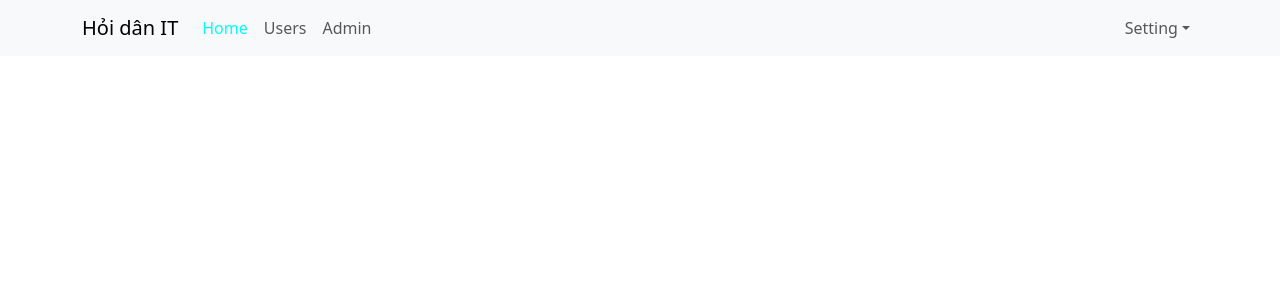
Repository: hoang0508/React-Project-hdIT
Page: /
The author's editor kept a copy of each file at every save. The page is drawn from the files as they stood at one save, then again after the next save.
The browser window is 1280 px wide. The pictures show the whole page.
The project was rebuilt for these pictures with package versions that can differ from the ones it lists, and the page was loaded fresh each time. Also part of the build but not shown: src/components/User/User.js, src/components/Admin/Admin.js.

Above is the page before, as saved 2022-08-27 08:36:58.

After the next save:
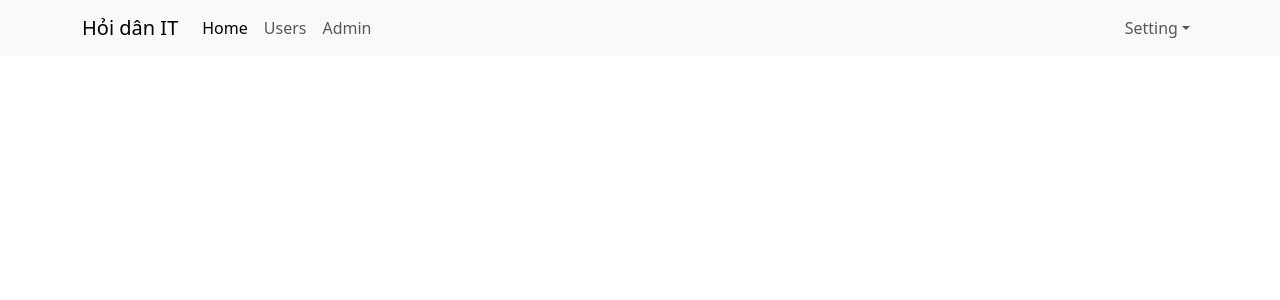
Saved 23 s later.
--- a/src/App.scss
+++ b/src/App.scss
@@ -2,7 +2,7 @@
   &-container {
     .header-container {
       .navbar-nav {
-        .active {
+        .navbar-link &.active {
           color: aqua;
         }
       }

After the 4 saves that followed:
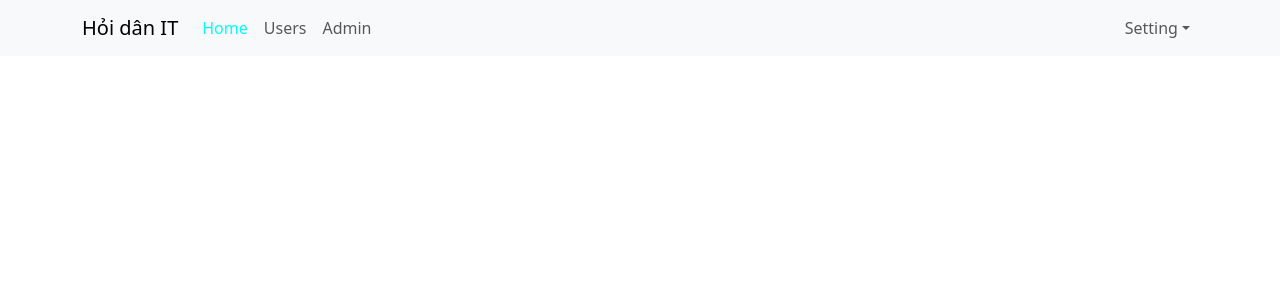
The 4 saves are shown as one change because 3 left the picture as it was.
The last was saved 52 s later.
--- a/src/App.scss
+++ b/src/App.scss
@@ -2,8 +2,10 @@
   &-container {
     .header-container {
       .navbar-nav {
-        .navbar-link &.active {
-          color: aqua;
+        .nav-link {
+          &.active {
+            color: aqua;
+          }
         }
       }
     }
